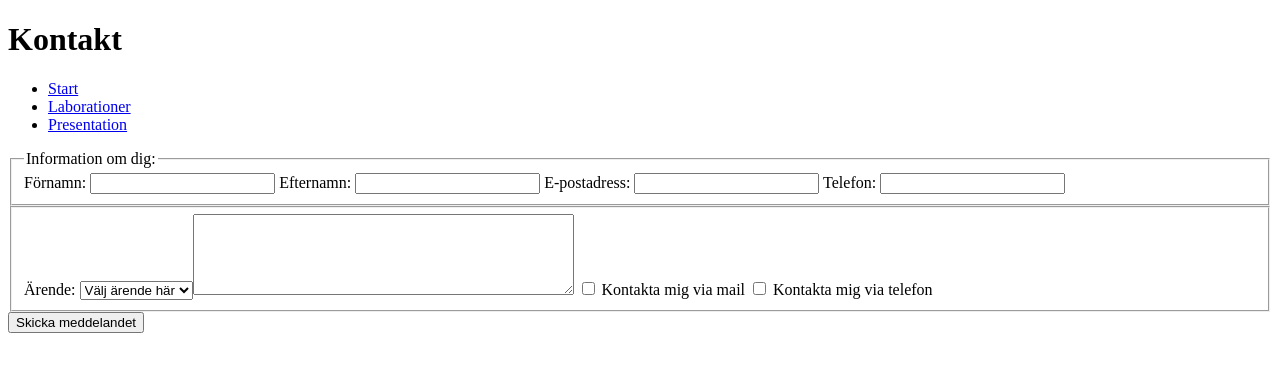
Repository: Martin-Carlsson85/HTML-och-CSS
Page: pages/kontakt.html
The author's editor kept a record of every edit. The page is drawn from the files as they stood at one moment, then again after the next edit.
The browser window is 1280 px wide. The pictures show the whole page.

Above is the page before.

### pages/kontakt.html
<!doctype html>
<html lang="sv">
    <head>
        <meta charset="utf-8" />

        <title>Kontakt</title>

    </head>

<h1>Kontakt</h1>

<ul>
    <li><a href="../index.html">Start</a></li>

    <li><a href="laborationer.html">Laborationer</a></li>

    <li><a href="presentation.html">Presentation</a></li>
</ul>

<form id="form" name="form" method="post" action="http://voyager.lnu.se/tekinet/kurser/dtt/wp_webbintro/form.php">

        <fieldset>
            <legend>Information om dig:</legend>

            Förnamn:
            <input type="text" name="fnamn" id="fnamn" />

            Efternamn:
            <input type="text" name="enamn" id="enamn" />

            E-postadress:
            <input type="text" name="epost" id="epost" />

            Telefon:
            <input type="text" name="epost" id="epost" />

        </fieldset>
        <fieldset>
<label for="select">
Ärende:</label>

<select name="favoritarstid" id="favoritarstid">
<option> Välj ärende här </option>
<option value="var"> Synpunkter </option>
<option value="var"> Frågor </option>

Meddelande:
<textarea name="meddelande" id="meddelande" cols="45" rows="5"></textarea>

<input type="checkbox" name="favoritarstid" id="sommar" value="sommar"/>
<label for="sommar">Kontakta mig via mail</label>

<input type="checkbox" name="favoritarstid" id="host" value="host"/>
<label for="host">Kontakta mig via telefon</label>

        </fieldset>

<input type="submit" name="skicka" id="skicka" value="Skicka meddelandet" />

</form>

After the next edit:
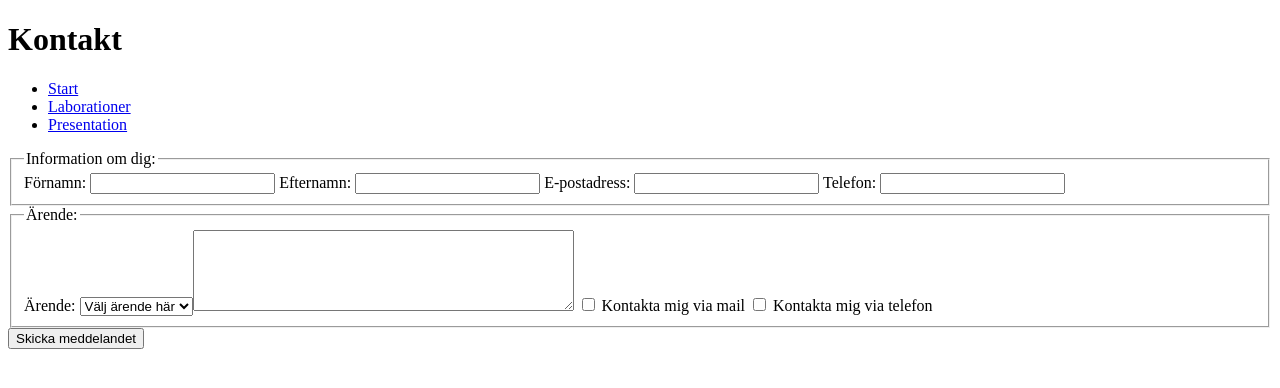
The edit:
--- a/pages/kontakt.html
+++ b/pages/kontakt.html
@@ -36,6 +36,7 @@
 
         </fieldset>
         <fieldset>
+            <legend>Ärende:</legend>
 <label for="select">
 Ärende:</label>
 
